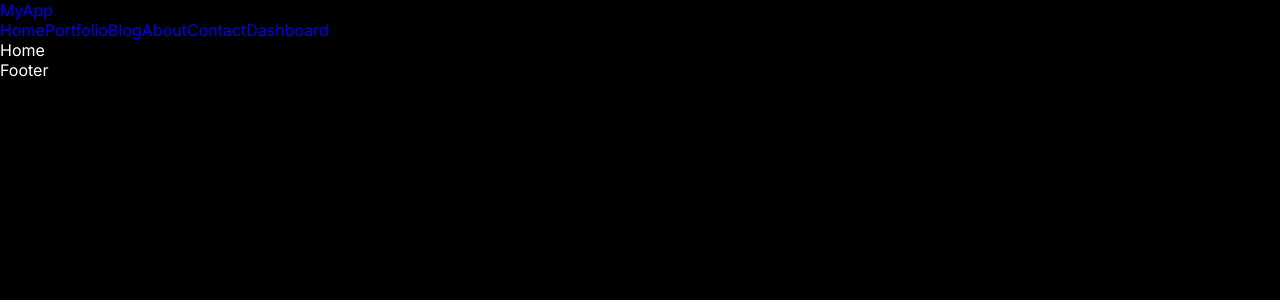
Repository: Iq-Life/musicflow-life
Page: /
These files come from the project's save history. The page is drawn as it stood at one moment and after the next save; the edit follows.
The browser window is 1280 px wide. The pictures show the whole page.
The project was rebuilt for these pictures with package versions that can differ from the ones it lists, and the page was loaded fresh each time. The framework's server and built-in components were replaced by stand-ins that run in the browser. Also part of the build but not shown: next.config.js.

Above is the page before, as saved 2023-09-14 15:00:12.

### src/app/layout.tsx
import './globals.css'
import type { Metadata } from 'next'
import { Inter } from 'next/font/google'
import Navbar from '@/components/navbar/Navbar'
import Footer from '@/components/footer/Footer'

const inter = Inter({ subsets: ['latin'] })

export const metadata: Metadata = {
  title: 'Create Next App',
  description: 'Generated by create next app',
}

export default function RootLayout({
  children,
}: {
  children: React.ReactNode
}) {
  return (
    <html lang="en">
      <body className={inter.className}>
        <div className='container'>
          <Navbar/>
          {children}
          <Footer/>
        </div>
      </body>
    </html>
  )
}

### src/app/globals.css
* {
  box-sizing: border-box;
  padding: 0;
  margin: 0;
}

html,
body {
  max-width: 100vw;
  overflow-x: hidden;
  background-color: black;
  color: #fff;
}

a {
  text-decoration: none;
}

### src/components/navbar/Navbar.tsx
import Link from 'next/link'

const links = [
  {
    id:1,
    title: 'Home',
    url: "/",
  },
  {
    id:2,
    title: 'Portfolio',
    url: "/portfolio",
  },
  {
    id:3,
    title: 'Blog',
    url: "/blog",
  },
  {
    id:4,
    title: 'About',
    url: "/about",
  },
  {
    id:5,
    title: 'Contact',
    url: "/contact",
  },
  {
    id:6,
    title: 'Dashboard',
    url: "/dashboard",
  },
]

const Navbar = () => {
  return (
    <nav>
      <Link href='/'>MyApp</Link>
      <div>
        {links.map((link)=> (
          <Link key={link.id} href={link.url}>{link.title}</Link>
        ))}
      </div>
    </nav>
  )
}

export default Navbar

### src/components/footer/Footer.tsx
const Footer = () => {
  return (
    <footer>Footer</footer>
  )
}

export default Footer

Loaded but not shown: src/app/page.tsx (common file)

After the next save:
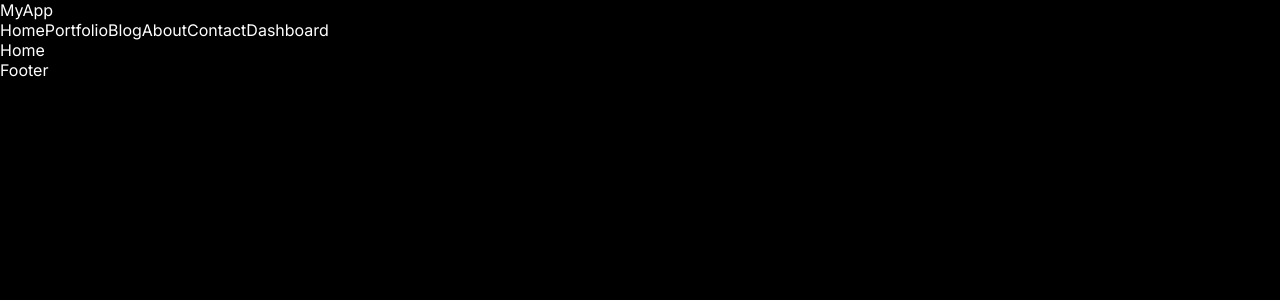
Saved 21 s later.
--- a/src/app/globals.css
+++ b/src/app/globals.css
@@ -14,4 +14,5 @@ body {
 
 a {
   text-decoration: none;
+  color: inherit;
 }
